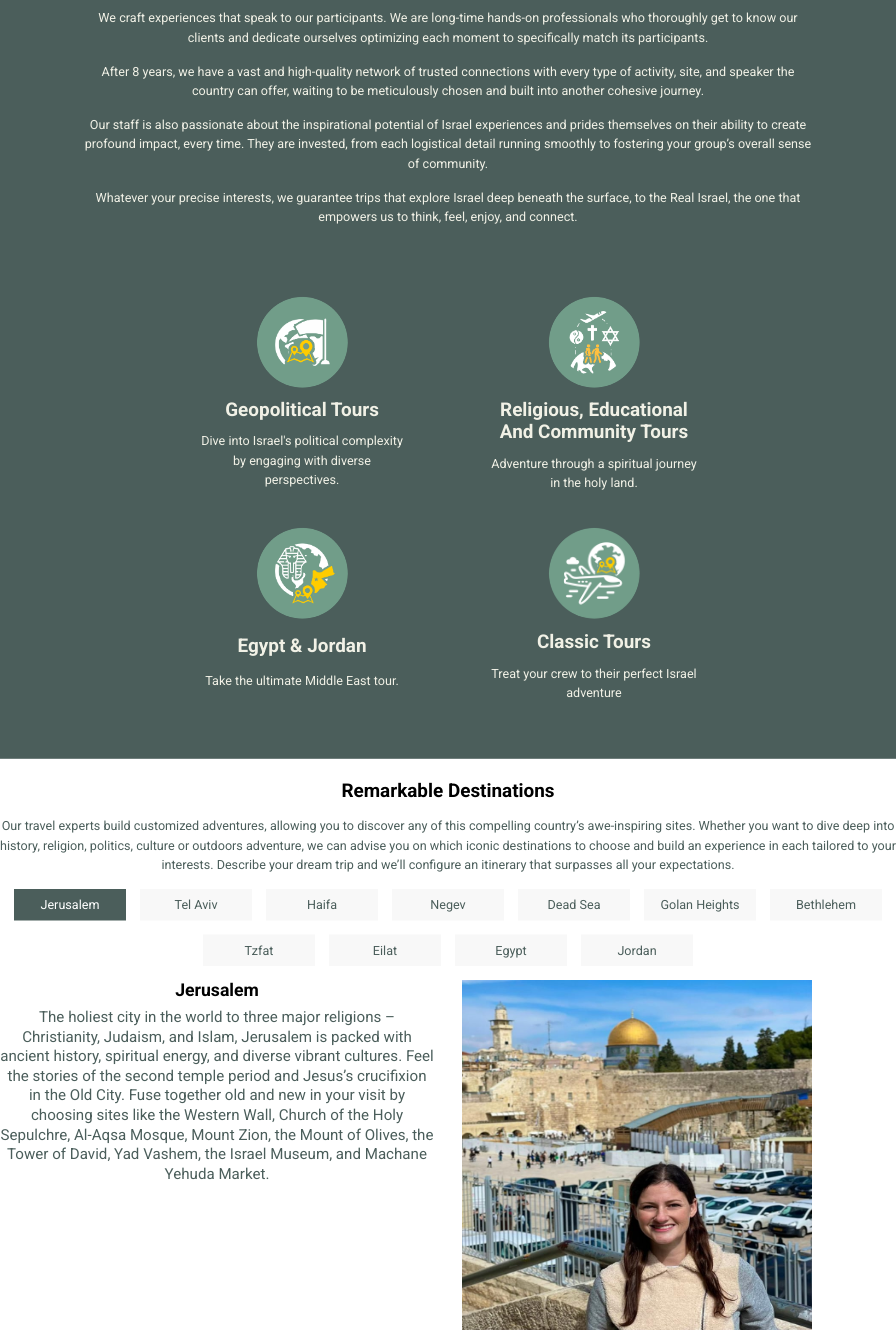
Repository: Pafestivo/realIsraelTours
Page: / (app in frontend/)
An editor plug-in stored every save of this project. The page is shown before and after a run of saves, followed by the edit.
The browser window is 1280 px wide. The pictures show the part of the page from y = 810 to 2730 px (the page is 2730 px tall), at 70% of full size.
The project was rebuilt for these pictures with package versions that can differ from the ones it lists, and the page was loaded fresh each time. The framework's server and built-in components were replaced by stand-ins that run in the browser. Also part of the build but not shown: frontend/next.config.js. Imported but missing from the stored project, and not drawn on this page: frontend/src/assets/videoBG.mp4.

Above is the page before, as saved 2023-09-20 17:29:27.

### frontend/src/app/layout.tsx
import type { Metadata } from "next";
import "@/styles/globals.css";
import { roboto } from "@/app/fonts";
import { config } from "@fortawesome/fontawesome-svg-core";
import "@fortawesome/fontawesome-svg-core/styles.css";
config.autoAddCss = false; // Tell Font Awesome to skip adding the CSS automatically since it's being imported above

export const metadata: Metadata = {
  title: "Real Israel Tours",
  description: "Plan your next tour",
};

export default function RootLayout({
  children,
}: {
  children: React.ReactNode;
}) {
  return (
    <html lang="en">
      <body className={roboto.className}>
        <div style={{ overflowX: "hidden" }}>{children}</div>
      </body>
    </html>
  );
}

### frontend/src/app/page.tsx
import Header from "@/components/Header";
import "@/styles/homePage.css";
import BackgroundVideo from "@/components/BackgroundVideo";
import ScrollArrow from "@/components/ScrollArrow";
import TripCard from "@/components/TripCard";
import geoPoliticalIcon from "@/assets/Geopolitical-icon.png";
import religious from "@/assets/Religious-and-educational.png";
import egpyt from "@/assets/Egypt-and-Jordan.png";
import classicTours from "@/assets/classic-tours.png";
import Destinations from "@/components/Destinations";

export default function Home() {
  return (
    <div>
      <Header currentlyActivePage="Home" />
      <div className="cta-div">
        <div className="content">
          <h1>Custom made Israeli adventures</h1>
          <button>
            <span></span>Start Your Journey
          </button>
          <ScrollArrow />
        </div>
        <BackgroundVideo />
      </div>
      <div className="pageContainer">
        <section className="whyTravelWithUs">
          <h1>Why Travel With Real Israel Tours?</h1>
          <p className="info-block">
            We craft experiences that speak to our participants. We are
            long-time hands-on professionals who thoroughly get to know our
            clients and dedicate ourselves optimizing each moment to
            specifically match its participants.
          </p>
          <p className="info-block">
            After 8 years, we have a vast and high-quality network of trusted
            connections with every type of activity, site, and speaker the
            country can offer, waiting to be meticulously chosen and built into
            another cohesive journey.
          </p>
          <p className="info-block">
            Our staff is also passionate about the inspirational potential of
            Israel experiences and prides themselves on their ability to create
            profound impact, every time. They are invested, from each logistical
            detail running smoothly to fostering your group’s overall sense of
            community.
          </p>
          <p className="info-block">
            Whatever your precise interests, we guarantee trips that explore
            Israel deep beneath the surface, to the Real Israel, the one that
            empowers us to think, feel, enjoy, and connect.
          </p>
        </section>

        <section className="tripTypes">
          <TripCard
            image={geoPoliticalIcon}
            tripName="Geopolitical Tours"
            tripDescription="Dive into Israel's political complexity by engaging with diverse perspectives."
          />

          <TripCard
            image={religious}
            tripName="Religious, Educational And Community Tours"
            tripDescription="Adventure through a spiritual journey in the holy land."
          />

          <TripCard
            image={egpyt}
            tripName="Egypt & Jordan"
            tripDescription="Take the ultimate Middle East tour."
          />

          <TripCard
            image={classicTours}
            tripName="Classic Tours"
            tripDescription="Treat your crew to their perfect Israel adventure"
          />
        </section>

        <section className="destinations">
          <div className="destination-container">
            <Destinations />
          </div>
        </section>
      </div>
    </div>
  );
}

### frontend/src/styles/globals.css
:root {
  --main-bg-color: #4b5e5b;
  --main-title-color: #F1F1E6;
  --main-text-color: #F1F1E6;
  --accent-orange: #ffc03f;
  --hover-accent-orange: #bd7e00;
}

* {
  padding: 0;
  margin: 0;
  box-sizing: border-box;
}

body {
  font-size: 18px;
  background-color: var(--main-bg-color);
  overflow-x: hidden;
}

p {
  line-height: 28px;
}

a {
  color: inherit;
  text-decoration: none;
}

section {
  margin: 30px 0;
  padding: 20px 120px;
  border: none;
}

.mobile-only {
  display: none;
}

.desktop-only {
  display: block;
}

.activated {
  color: var(--accent-orange);
}

@media screen and (max-width: 768px) {
  section {
    padding: 20px 10px;
  }

  .mobile-only {
    display: block;
  }

  .desktop-only {
    display: none;
  }
}

### frontend/src/app/fonts.tsx
import { Inter, Merriweather, Roboto } from "next/font/google";

export const inter = Inter({ subsets: ["latin"] });

export const merriweather = Merriweather({
  weight: ["400", "700"],
  style: ["normal", "italic"],
  subsets: ["latin"],
  display: "swap",
});

export const roboto = Roboto({
  weight: ["400", "700"],
  style: ["normal", "italic"],
  subsets: ["latin"],
  display: "swap",
});

// export const Mooli = Mooli({
//   weight: ["400", "700"],
//   style: ["normal", "italic"],
//   subsets: ["latin"],
//   display: "swap",
// });

### frontend/src/components/Header.tsx
"use client";
import React, { useEffect, useState } from "react";
import Image from "next/image";
import logo from "@/assets/logo.png";
import "@/styles/header.css";
import Link from "next/link";

interface HeaderProps {
  currentlyActivePage: string;
}

const Header = ({ currentlyActivePage }: HeaderProps) => {
  const [isMenuOpen, setMenuOpen] = useState(false);
  const [isScrolled, setIsScrolled] = useState(false);

  const toggleMenu = () => {
    setMenuOpen(!isMenuOpen);
  };

  useEffect(() => {
    const handleScroll = () => {
      setIsScrolled(window.scrollY > 100);
    };

    window.addEventListener("scroll", handleScroll);

    return () => {
      window.removeEventListener("scroll", handleScroll);
    };
  }, []);

  return (
    <div className={`header ${isScrolled ? "" : "transparent"}`}>
      <Link href="/">
        <Image className="headerLogo" src={logo} alt="logo" />
      </Link>
      <div className={`navbar ${isMenuOpen ? "open" : ""}`}>
        <button onClick={toggleMenu} className="close-button">
          ✕
        </button>{" "}
        <Link
          className={currentlyActivePage === "Home" ? "activated" : ""}
          href="/"
        >
          Home
        </Link>
        <Link
          className={currentlyActivePage === "Tours" ? "activated" : ""}
          href="/"
        >
          Tours
        </Link>
        <Link
          className={currentlyActivePage === "Gallery" ? "activated" : ""}
          href="/"
        >
          Gallery
        </Link>
        <Link
          className={currentlyActivePage === "AboutUs" ? "activated" : ""}
          href="/"
        >
          About Us
        </Link>
        <Link
          className={currentlyActivePage === "ContactUs" ? "activated" : ""}
          href="/"
        >
          Contact Us
        </Link>
        <hr className="mobile-only" />
        <p className="mobile-only">+972 52 335 5687</p>
        <p className="mobile-only">Elad@realisraeltours.com</p>
        <button className="inquire mobile-only">Inquire Now</button>
      </div>
      <button onClick={toggleMenu} className="hamburger">
        ☰
      </button>
      <button className="inquire desktop-only">Inquire Now</button>
    </div>
  );
};

export default Header;

### frontend/src/styles/homePage.css
.pageContainer {
  display: flex;
  flex-direction: column;
  justify-content: center;
  margin: 0 auto;
  padding: 0;
  max-width: 1450px;
  text-align: center;
  color: var(--main-text-color);
}

.cta-div {
  height: 100vh;
  width: 100vw;
  display: flex;
  justify-content: center;
  align-items: center;
}

.content {
  position: absolute;
  display: flex;
  flex-direction: column;
  justify-content: center;
  align-items: center;
  padding: 40px 0;
  width: 100vw;
  height: 100vh;
  background-color: rgba(0, 0, 0, 0.3);
  row-gap: 40px;
  overflow-x: hidden;
  text-align: center;
}

.content h1 {
  font-size: 5em;
}

.content button {
  font-size: 1.4em;
  padding: 14px 40px;
  border-radius: 5px;
  z-index: 1;
  position: relative;
  overflow: hidden;
}

/* an hover effect for two arrows and then rectangle */
.content button::before {
  content: "";
  position: absolute;
  top: 0;
  left: -100%;
  width: 50%;
  height: 100%;
  background-color: var(--hover-accent-orange);
  transition: all 0.5s ease-in-out;
  z-index: -1;
  clip-path: polygon(0% 0%, 100% 50%, 0% 100%);
}

.content button span {
  content: "";
  position: absolute;
  top: 0;
  left: -200%;
  width: 50%;
  height: 100%;
  background-color: var(--hover-accent-orange);
  transition: all 0.5s ease-in-out 0.16s;
  z-index: -1;
  clip-path: polygon(0% 0%, 100% 50%, 0% 100%);
}

.content button::after {
  content: "";
  position: absolute;
  top: 0;
  left: -300%;
  width: 100%;
  height: 100%;
  background-color: var(--hover-accent-orange);
  transition: all 0.5s ease-in-out 0.22s;
  z-index: -1;
}

.content button:hover::before {
  left: 100%;
}

.content button:hover span {
  left: 100%;
}

.content button:hover::after {
  left: 0;
}

.content button:hover {
  color: white;
}
/* end of arrows effect */


.content .arrow-down {
  position: absolute;
  color: var(--accent-orange);
  font-size: 3em;
  bottom: 20px;
}

h1 {
  color: var(--main-title-color);
}

.whyTravelWithUs {
  display: flex;
  flex-direction: column;
  row-gap: 20px;
}

.tripTypes {
  display: grid;
  grid-template-columns: 1fr 1fr;
  width: 80%;
  align-self: center;
  row-gap: 80px;
  column-gap: 50px;
  justify-content: center;
  align-items: center;
  place-items: center;
}

.destinations {
  background-color: white;
  width: 100vw;
  justify-self: center;
  align-self: center;
  margin-bottom: 0;
  padding-top: 30px;
}

.destination-container {
  max-width: 1450px;
  margin: 0 auto;
}

@media screen and (max-width: 768px) {
  .content h1 {
    font-size: 3em;
  }

  .content .arrow-down {
    font-size: 1.3em;
  }

  .tripTypes {
    grid-template-columns: 1fr;
  }

  .destinations {
    padding: 50px 20px;
  }
}

@media screen and (min-width: 1440px) {
  .tripTypes {
    width: 130%;
    grid-template-columns: 1fr 1fr 1fr 1fr;
    overflow-x: visible;
  }
}

### frontend/src/components/BackgroundVideo.tsx
import videoBG from "@/assets/videoBG.mp4";
import "@/styles/backgroundVideo.css";

export default function BackgroundVideo() {
  return (
    <video autoPlay muted loop>
      <source className="background-video" src={videoBG} type="video/mp4" />
    </video>
  );
}

### frontend/src/components/ScrollArrow.tsx
"use client";
import React, { useState, useEffect } from "react";
import { FontAwesomeIcon } from "@fortawesome/react-fontawesome";
import { faArrowDown } from "@fortawesome/free-solid-svg-icons";

const ScrollArrow = () => {
  const [showArrow, setShowArrow] = useState(true); // State to control arrow visibility

  useEffect(() => {
    // Function to handle scroll event
    const handleScroll = () => {
      if (window.scrollY > 0 && showArrow) {
        setShowArrow(false); // Hide the arrow if the user starts scrolling
      }
    };

    // Attach the scroll event listener
    window.addEventListener("scroll", handleScroll);

    // Cleanup: remove the event listener when the component unmounts
    return () => {
      window.removeEventListener("scroll", handleScroll);
    };
  }, [showArrow]); // Re-run the effect if showArrow changes

  return showArrow ? (
    <FontAwesomeIcon className="arrow-down" icon={faArrowDown} bounce />
  ) : null;
};

export default ScrollArrow;

### frontend/src/components/TripCard.tsx
import Image, { StaticImageData } from "next/image";
import React from "react";
import "@/styles/tripCard.css";

interface tripCardProps {
  image: StaticImageData;
  tripName: string;
  tripDescription: string;
}

const TripCard = ({ image, tripName, tripDescription }: tripCardProps) => {
  return (
    <div className="tripCard">
      <Image className="tripIcon" src={image} alt="tripIcon" />
      <h2>{tripName}</h2>
      <p>{tripDescription}</p>
    </div>
  );
};

export default TripCard;

### frontend/src/components/Destinations.tsx
"use client";
import React, { useState } from "react";
import "@/styles/destinations.css";
import { DestinationsArray } from "@/app/utils/types";
import { destinationsArray } from "@/app/utils/DestinationsArray";
import Image from "next/image";

const Destinations = () => {
  const [activeTab, setActiveTab] = useState(destinationsArray[0]);

  return (
    <div className="destinations-div">
      <h1>Remarkable Destinations</h1>
      <p>
        Our travel experts build customized adventures, allowing you to discover
        any of this compelling country’s awe-inspiring sites. Whether you want
        to dive deep into history, religion, politics, culture or outdoors
        adventure, we can advise you on which iconic destinations to choose and
        build an experience in each tailored to your interests. Describe your
        dream trip and we’ll configure an itinerary that surpasses all your
        expectations.
      </p>
      <div className="destinations-options">
        {/* Renders a list of destinations based on the array */}
        {destinationsArray.map((destination: DestinationsArray) => {
          return (
            <div
              className={activeTab === destination ? "activeTab" : ""}
              onClick={() => setActiveTab(destination)}
            >
              {destination.name}
            </div>
          );
        })}
      </div>
      <div className="Destination-info">
        <div>
          <h1>{activeTab.name}</h1>
          <p>{activeTab.description}</p>
        </div>
        <Image src={activeTab.image} alt={activeTab.name} />
      </div>
    </div>
  );
};

export default Destinations;

### frontend/src/styles/header.css
.header {
  position: absolute;
  width: 100vw;
  display: flex;
  justify-content: space-between;
  align-items: center;
  background-color: rgba(0, 0, 0, 0.3);
  transition: background-color 0.3s ease;
  padding: 20px 40px;
  z-index: 1000;
}

.header.transparent {
  background-color: rgba(0, 0, 0, 0.3);
}

.headerLogo {
  width: 200px;
  height: auto;
}

.navbar {
  display: flex;
  font-size: 1.1em;
  justify-content: space-around;
  align-items: center;
  column-gap: 20px;
  color: white;
}

button {
  background-color: var(--accent-orange);
  border: none;
  font-size: 1.15em;
  padding: 10px 20px;
  cursor: pointer;
  border-radius: 5px;
}

.hamburger {
  display: none;
}

.close-button {
  font-size: 1.5em;  /* Increase size for tap-ability */
  background: none;
  border: none;
  color: white;  /* Make it the same color as the text for harmony */
  cursor: pointer;
  position: absolute;  /* Absolute position within the navbar */
  top: 15px;  /* Position from the top */
  right: 15px;  /* Position from the right */
  padding: 5px;  /* A little padding to make it more tap-able */
  z-index: 10;  /* Just in case, to make it appear above all other items */
}

@media screen and (min-width: 769px) {
  .close-button {
    display: none;
  }
}

@media screen and (max-width: 768px) {
  .navbar {
    position: fixed;
    right: -120%;
    top: 0;
    bottom: 0;
    width: 100vw;
    font-size: 1.3em;
    flex-direction: column;
    background-color: rgba(255, 192, 63, 0.9);
    color: black;
    transition: right 0.3s ease-in-out;
    justify-content: flex-start;
    align-items: center;
    row-gap: 20px;
    padding: 110px 0; /* Reduced right/left padding */
    font-size: 1.4em; /* Increased font size for better readability */
    background-color: #333;  /* Darker background */
    color: white; /* Keep text color white for contrast */
    row-gap: 30px; /* Increased gap between rows for breathing space */
  }

  /* Adding a hover effect to indicate interactivity */
  .navbar a:hover,
  .navbar button:hover {
    color: var(--accent-orange); /* Add your own accent color */
  }

  .navbar.open {
    right: 0;
  }

  .hamburger {
    display: block;
  }
}

/* Media query for very large screens */
@media screen and (min-width: 1440px) {
  .navbar {
    font-size: 1.5em;
  }

  button {
    font-size: 1.5em;
  }
}

### frontend/src/styles/backgroundVideo.css
video {
  width: 100%;
  height: 100%;
  object-fit: cover;
}

### frontend/src/styles/tripCard.css
.tripCard {
  display: grid;
  grid-template-rows: 2fr 1fr 1fr;
  flex-direction: column;
  justify-content: center;
  align-items: center;
  place-items: center;
  row-gap: 15px;
  max-width: 300px;
  height: 250px;
  cursor: pointer;
  transition: all 0.2s ease-in-out;
}

.tripIcon {
  width: 130px;
  height: 130px;
  border-radius: 50%;
}

.tripCard:hover {
  transform: scale(1.1)
}

.tripCard p {
  align-self: flex-start;
}

.tripCard:hover h2,
.tripCard:hover p {
  color: var(--accent-orange);
}

### frontend/src/styles/destinations.css
.destinations-div {
  display: flex;
  flex-direction: column;
  justify-content: center;
  align-items: center;
  row-gap: 20px;
  justify-self: center;
  color: #4b5e5b;
  height: max-content;
}

.destinations-div h1 {
  color: black;
}

.destinations-options {
  display: flex;
  width: 100vw;
  flex-wrap: wrap;
  justify-content: center;
  align-items: center;
  gap: 20px;
}

.destinations-options > * {
  display: flex;
  justify-content: center;
  align-items: center;
  background-color: #f8f8f8;
  width: 160px;
  height: 45px;
  transition: all 0.2s ease-in-out;
  cursor: pointer;
}

.destinations-options > *:hover {
  background-color: #719e8b;
  color: white;
}

.activeTab {
  background-color: #4b5e5b;
  color: white;
}

.activeTab:hover {
  background-color: #4b5e5b;
  color: white;
  cursor: default;
}

.Destination-info {
  display: grid;
  grid-template-columns: 1fr 1fr;
  gap: 40px;
}

.Destination-info img {
  width: 500px;
  height: 500px;
}

.Destination-info h1 {
  font-size: 1.4em;
  margin-bottom: 10px;
}

.Destination-info p {
  font-size: 1.2em;
}

Loaded but not shown: frontend/src/app/utils/DestinationsArray.tsx (80 lines, source omitted)

After the next 3 saves:
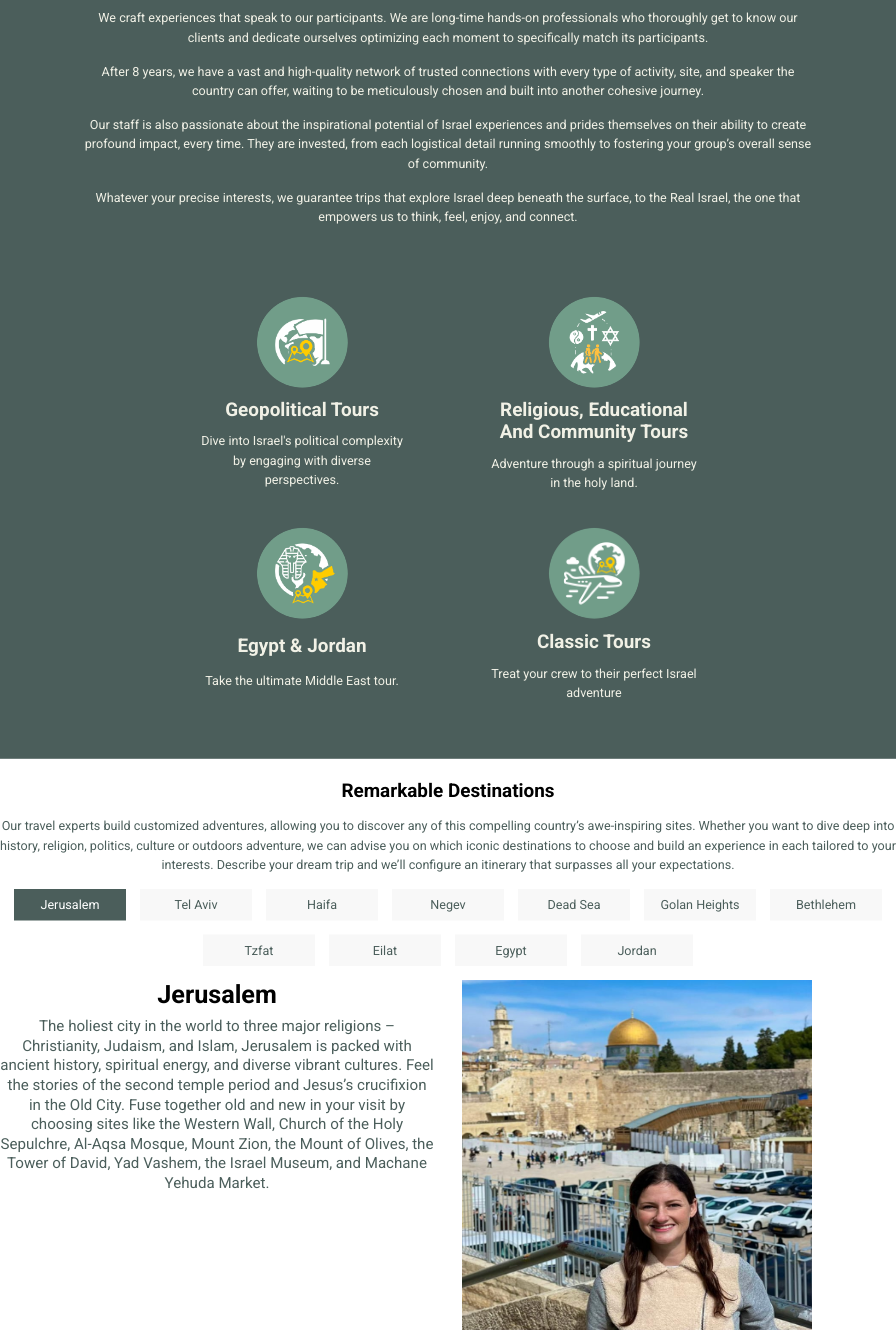
The 3 saves are shown as one change because they came seconds apart.
The last was saved 12 s later.
--- a/frontend/src/styles/destinations.css
+++ b/frontend/src/styles/destinations.css
@@ -61,7 +61,7 @@
 }
 
 .Destination-info h1 {
-  font-size: 1.4em;
+  font-size: 2em;
   margin-bottom: 10px;
 }
 
